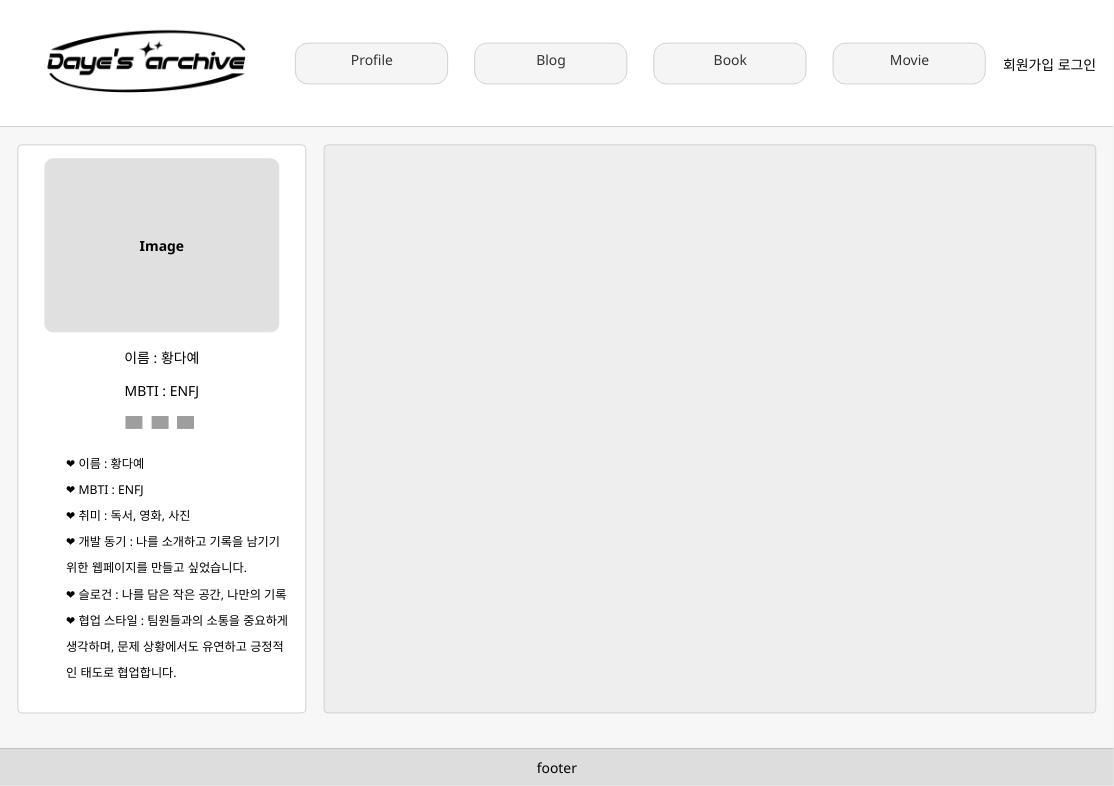
Repository: HWANG-DAYE/spring_project
Page: http://localhost/daye_archive/WEB-INF/views/main.jsp
The author's editor kept a copy of each file at every save. The page is drawn from the files as they stood at one save, then again after the next save.
The browser window is 1280 px wide. The pictures show the whole page, at 87% of full size.
Pictures or frames that could not be fetched are drawn as grey boxes. The page is served by Tomcat 9. Nobody is signed in. The template is opened directly, without the code that normally fills it, so the values that code supplies are empty.

Above is the page before, as saved 2025-08-06 06:46:59.

After the next save:
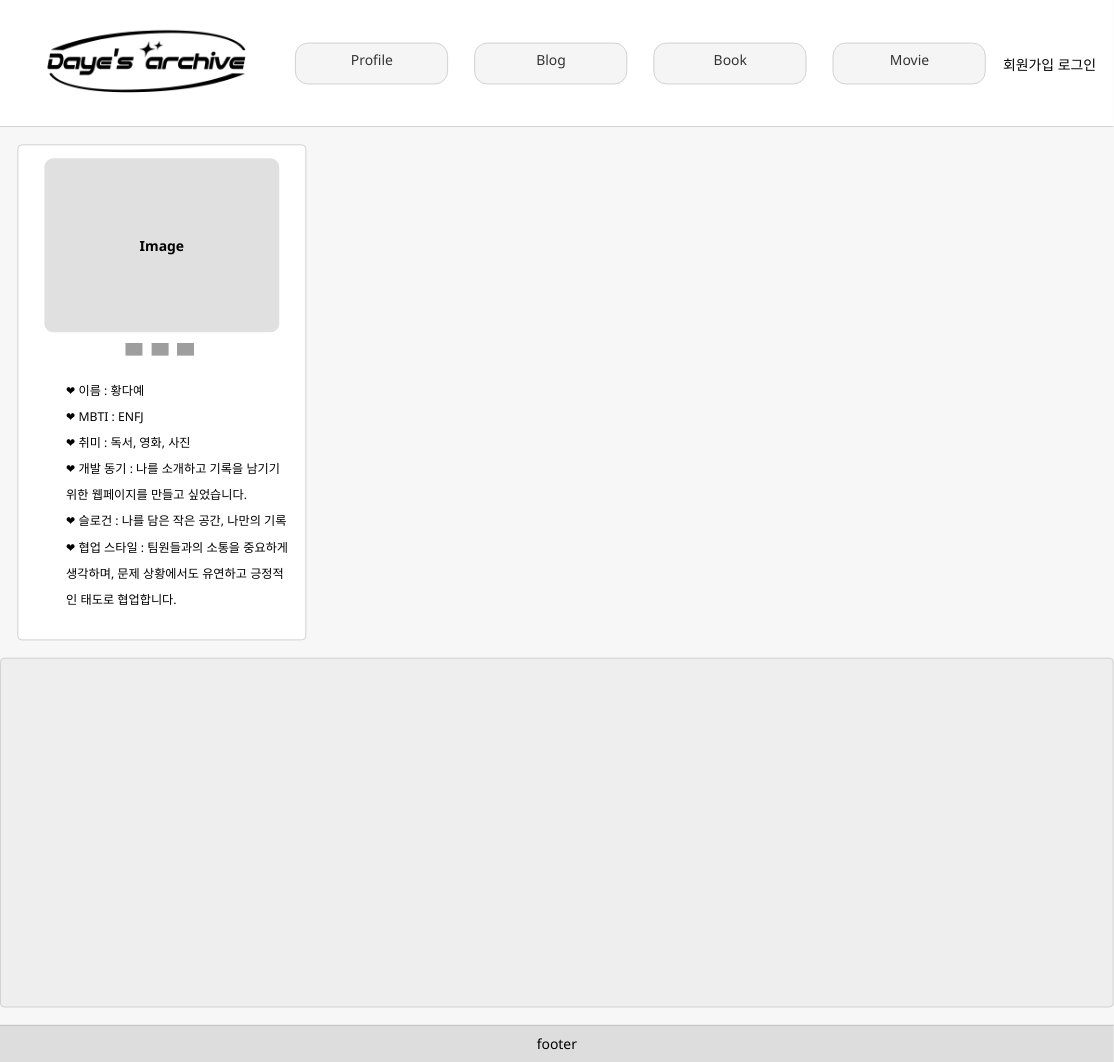
Saved 56 s later.
--- a/daye_archive/src/main/webapp/WEB-INF/views/main.jsp
+++ b/daye_archive/src/main/webapp/WEB-INF/views/main.jsp
@@ -97,9 +97,6 @@ footer {
 	<div class="container">
 		<div class="profile">
 			<div class="image-box">Image</div>
-			<div class="info">
-				<p>이름 : 황다예</p>
-				<p>MBTI : ENFJ</p>
 				<div class="sns">
 					<img src="img/github.png" alt="GitHub"> <img
 						src="img/velog.png" alt="Velog"> <img src="img/notion.png"
@@ -120,7 +117,6 @@ footer {
 		<div class="content">
 			<!-- 중앙 컨텐츠 영역 -->
 		</div>
-	</div>
 
 	<footer> footer </footer>
 
